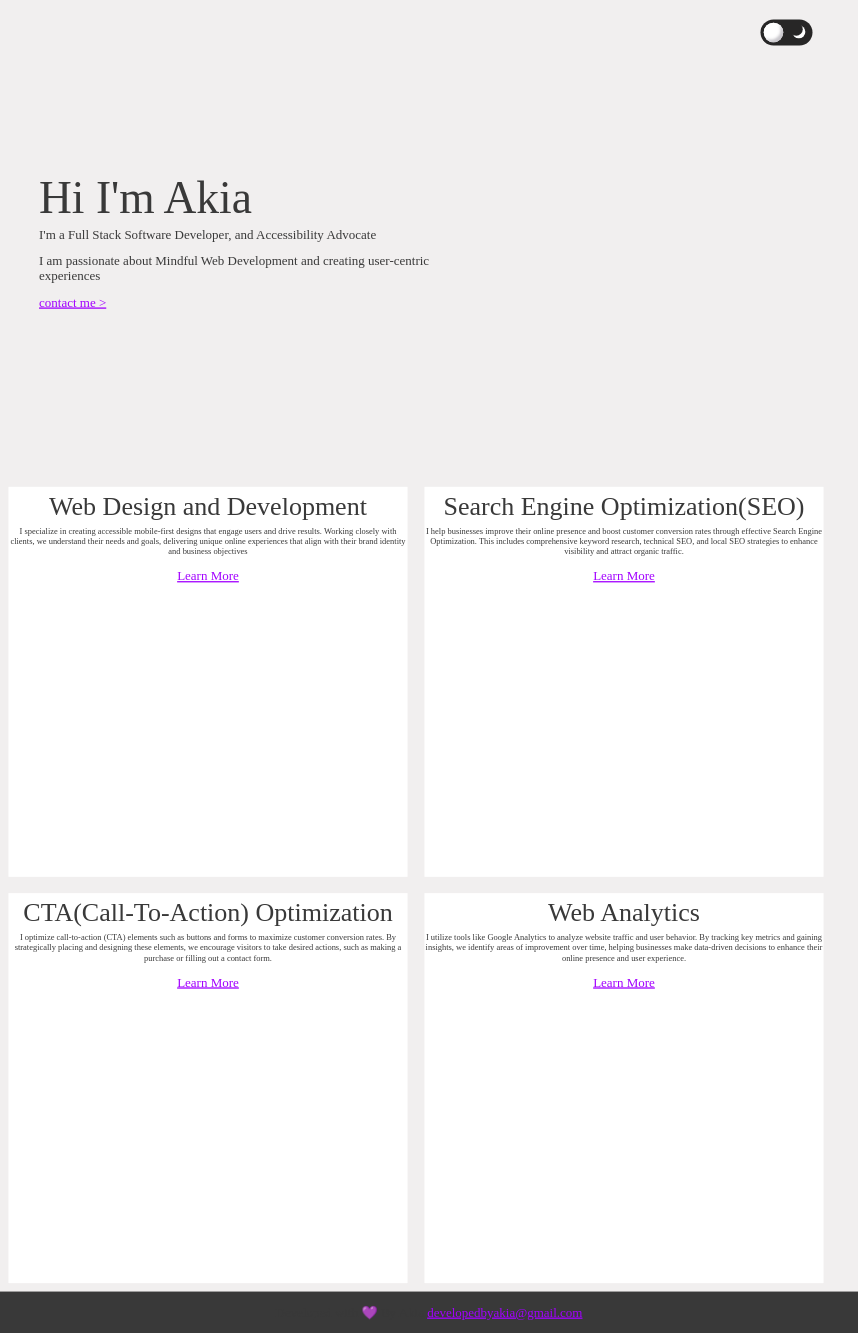
Repository: akiachenise/akiachenise.github.io
Page: index.html
The author's editor kept a copy of each file at every save. The page is drawn from the files as they stood at one save, then again after the next save.
The browser window is 1280 px wide. The page is 1320 px wide, so the pictures cover 1320 px, including what lies to the right of the window. The pictures show the whole page, at 65% of full size.

Above is the page before, as saved 2023-06-09 08:37:20.

### index.html
<!DOCTYPE html>
<html lang = "en">
<head>
     <meta charset="utf-8" />
     <title>Developed By Akia</title>
     <link rel="stylesheet" href="css/styles.css" />
     <meta name="viewport" content="width=device-width, initial-scale=1">
</head>
<body>
    <header>
        <div class="switch">
            <div class="flicker"></div>
            <div class="moon"></div>
        </div>
    </header>

    <section class="main">
        <div class="main-text">
            <h1>Hi I'm Akia</h1>
            <p>I'm a Full Stack Software Developer, and Accessibility Advocate</p>
            <br/>
            <p>I am passionate about Mindful Web Development and creating user-centric experiences</p>
            <br/>
            <a href="#footer">contact me ></a>
        </div>

        <div class="hero-image">
            <div class="cube" id="react"></div>
            <div class="cube" id="javascript"></div>
            <div class="cube" id="html"></div>
            <div class="cube" id="css"></div>
        </div>

        </section>
    <section class="sub-section">
        <div class="square" id="web-design">
            <h2>Web Design and Development</h2>
            <p>I specialize in creating accessible mobile-first designs that engage users and drive results. Working closely with clients, we understand their needs and goals, delivering unique online experiences that align with their brand identity and business objectives</p>
            </br>
            <a href="">Learn More</a>
        </div>
        <div class="square" id="search-engine">
            <h2>Search Engine Optimization(SEO)</h2>
            <p>I help businesses improve their online presence and boost customer conversion rates through effective Search Engine Optimization. This includes comprehensive keyword research, technical SEO, and local SEO strategies to enhance visibility and attract organic traffic.</p>
            </br>
            <a href="">Learn More</a>
        </div>
        <div class="square" id="call-to-action">
            <h2>CTA(Call-To-Action) Optimization</h2>
            <p>I optimize call-to-action (CTA) elements such as buttons and forms to maximize customer conversion rates. By strategically placing and designing these elements, we encourage visitors to take desired actions, such as making a purchase or filling out a contact form.</p>
            </br>
            <a href="">Learn More</a>
        </div>
        <div class="square" id="web-analytics">
            <h2>Web Analytics</h2>
            <p>I utilize tools like Google Analytics to analyze website traffic and user behavior. By tracking key metrics and gaining insights, we identify areas of improvement over time, helping businesses make data-driven decisions to enhance their online presence and user experience.</p>
            </br>
            <a href="">Learn More</a>
        </div>
<!--<div class="square" id="coming-soon"></div>
            <h2>COMING SOON: Mindful Melanin</h2>
            <p>As an additional offering, I am developing an accessible web application called Mindful Melanin. This platform empowers black women by providing daily affirmations, journaling spaces, and goal setting and tracking features. It promotes self-care, mental well-being, and personal growth in a modern and accessible way.</p>
            </br>
            <a href="">Learn More</a>
        </div>-->
    </section>

        <footer id ="footer">
            <p>Developed with 💜 By Akia <a href="mailto:developedbyakia@gmail.com">developedbyakia@gmail.com</a></p>


            <script src="js/scripts.js"></script>
        </body>
    </html>

### css/styles.css
@import url('https://fonts.googleapis.com/css2?family=''Poppins', 'sans-serif'', sans-serif:ital,wght@0,100;0,200;0,300;0,400;0,500;0,600;0,700;0,800;0,900;1,100;1,200;1,400;1,500;1,600;1,700;1,800;1,900&display=swap');

body {
    transition: 0.3s;
    margin: 0;
    padding: 0;
    background-color: rgb(241, 239, 239);
    font-family: 'Poppins', 'sans-serif';
    color: rgb(57, 57, 57);
}

h1 {
    font-size: 70px;
    line-height:70px;
    font-weight: 300;
    margin: 10px 0;
}

h2 {
    font-size: 40px;
    line-height: 40px;
    font-weight: 300;
    margin: 10px 0;
}

p {
    margin: 0px;
    font-size: 20px;
}
.square p {
    margin: 0px;
    font-size: 13px;
}

a {
    color:rgb(162, 0, 255);
    font-size: 20px;
    font-weight: 100;
}

.dark a {
    color: rgb(246, 169, 241);
}


header {
    display: flex;
    justify-content: flex-end;
    padding: 30px;
}

.switch {
  width: 80px;
  height: 40px;
  border-radius: 20px;
  background-color: rgb(39, 38, 38);
  position: relative;
}

.flicker {
  width: 30px;
  height: 30px;
  border-radius: 15px;
  background-color: rgb(255, 255, 255);
  position: absolute;
  top: 5px;
  left: 5px;
  transition: 0.3s;
  box-shadow:
    inset 4px 4px 4px rgb(255, 255, 255),
    inset -4px -4px 4px rgb(195 193 198 / 90%);
}

.dark {
    background-color: rgb(57, 57, 57);
    transition: 0.3s;
}

.moon {
    width: 20px;
    height: 20px;
    border-radius: 10px;
    box-shadow: 4px 4px 0 0 rgb(255, 255, 255);
    position: absolute;
    top: 5px;
    left: 45px;
}

.dark .flicker {
    transform: translateX(40px);
    transition: 0.3s;
}

.dark > * {
    color: rgb(255, 255, 255);
}

.main{
    height: 80vh;
    display: flex;
    flex-direction: row;
    justify-content: space-between;
    align-items: center;
    padding: 30px;
}
.main-text {
    padding: 30px;
    margin-bottom: 100px;
}

.square {
    width: 98%;
    margin: 1%;
    height: 350px;
    background-color: rgb(255, 255, 255);
    text-align: center;
}

.dark .square {
    background-color: rgb(71, 71, 71);
}

/*#web-design {
    background-image: url("../images/web-design.png");
    background-size: cover;
}

#search-engine {
    background-image: url("../images/search-engine.png");
    background-size: cover;
}

#call-to-action {
    background-image: url("../images/call-to-action.png");
    background-size: cover;
}

#web-analytics {
    background-image: url("../images/web-analytics.png");
    background-size: cover;
}

#coming-soon {
    background-image: url("../images/coming-soon-light.png");
    background-size: cover;
}
.dark #coming-soon {
    background-image: url("../images/coming-soon-dark.png");
    background-size: cover;
}*/

.sub-section {
    display: flex;
    flex-wrap: wrap;
}

.hero-image {
    position: relative;
    width: 50%;
    height: 350px;
    display: block;
    margin-bottom: 100px;
}

.cube {
    position: absolute;
    width: 80px;
    height: 79px;
    transform:rotate(-25deg) skew(25deg);
}

.cube:before {
    position: absolute;
    content: "";
    width: 21px;
    height: 79px;
    transform: skewY(-45deg);
    left: -20px;
    bottom: -10px;
}

.cube:after {
    position: absolute;
    content: "";
    width: 100%;
    height: 21px;
    transform: skewX(-45deg);
    left: -10px;
    bottom: -20px;
}

#html {
    left: 100px;
    bottom: 80px;
    background-image: url("../images/html-square.png");
    background-size: cover;
    background-color: rgb(175, 119, 227);
    box-shadow: rgb(50 50  50/ 15%);
}

#html:before {
    background-color: rgb(189, 154, 221);
}

#html:after {
    background-color: rgb(205, 188, 221);
}

#css {
    left: 250px;
    bottom: 240px;
    background-image: url("../images/css-square.png");
    background-size: cover;
    background-color: rgb(227, 119, 191);
    box-shadow: -100px 100px 20px rgb(50 50 50/ 15%);
  }

  #css:before {
    background-color: rgb(221, 154, 207);
  }

  #css:after {
    background-color: rgb(221, 188, 211);
  }

  #javascript {
    left: 450px;
    bottom: 200px;
    background-image: url("../images/javascript-square.png");
    background-size: cover;
    background-color: rgb(119, 227, 186);
    box-shadow: -40px 40px 20px rgb(50 50 50/ 15%);
  }

  #javascript:before {
    background-color: rgb(154, 221, 202);
  }

  #javascript:after {
    background-color: rgb(188, 221, 212);
  }

  #react {
    left: 350px;
    bottom: 40px;
    background-image: url("../images/react-square.png");
    background-size: cover;
    background-color: rgb(119, 193, 227);
    box-shadow: -80px 80px 20px rgb(50 50 50/ 15%);
  }

  #react:before {
    background-color: rgb(154, 189, 221);
  }

  #react:after {
    background-color: rgb(188, 200, 221);
  }


footer {
    background-color: rgb(57, 57, 57);
    width: 100%;
    padding: 20px;
    display: flex;
    font-family: 'Poppins', 'sans-serif';
    align-items: center;
    justify-content: center;
}

.dark footer {
    background-color: rgb(8, 8, 8);
    width: 100%;
    padding: 20px;
    display: flex;
    font-family: 'Poppins', 'sans-serif';
    align-items: center;
    justify-content: center;
}


@media only screen and (min-width: 970px) {
    .main-text {
        width: 50%;
    }
    .square {
        width: 48%;
        margin: 1%;
        height: 600px;
    }
}

@media only screen and (max-width: 1300px) {
    .hero-image {
        display: none;
    }
}

### js/scripts.js
const switchElement = document.querySelector('.switch')

switchElement.addEventListener('click', () => {
  document.body.classList.toggle('dark')
})

After the next save:
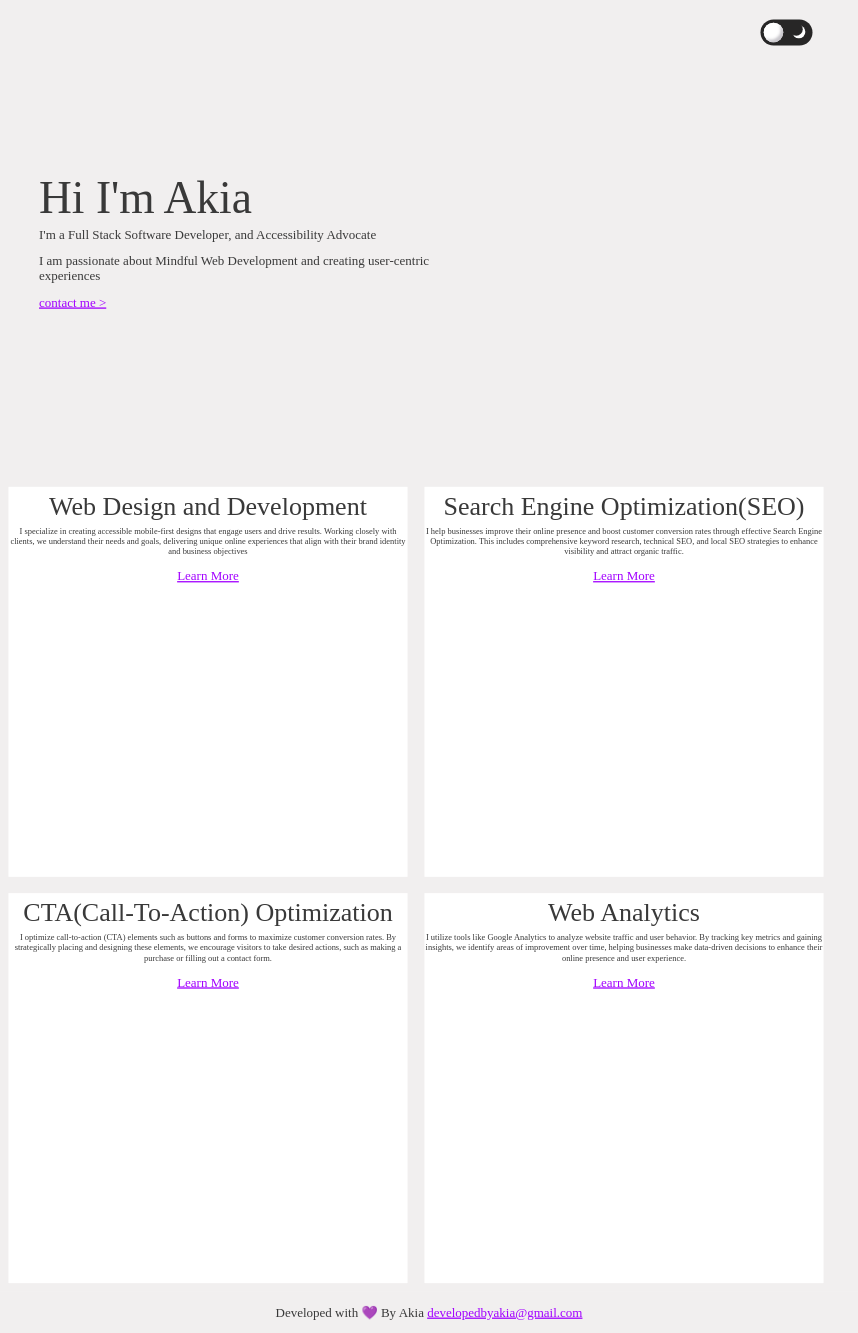
Saved 7 min 13 s later.
--- a/css/styles.css
+++ b/css/styles.css
@@ -259,7 +259,7 @@ header {
 
 
 footer {
-    background-color: rgb(57, 57, 57);
+    background-color: rgb(241, 239, 239);
     width: 100%;
     padding: 20px;
     display: flex;
